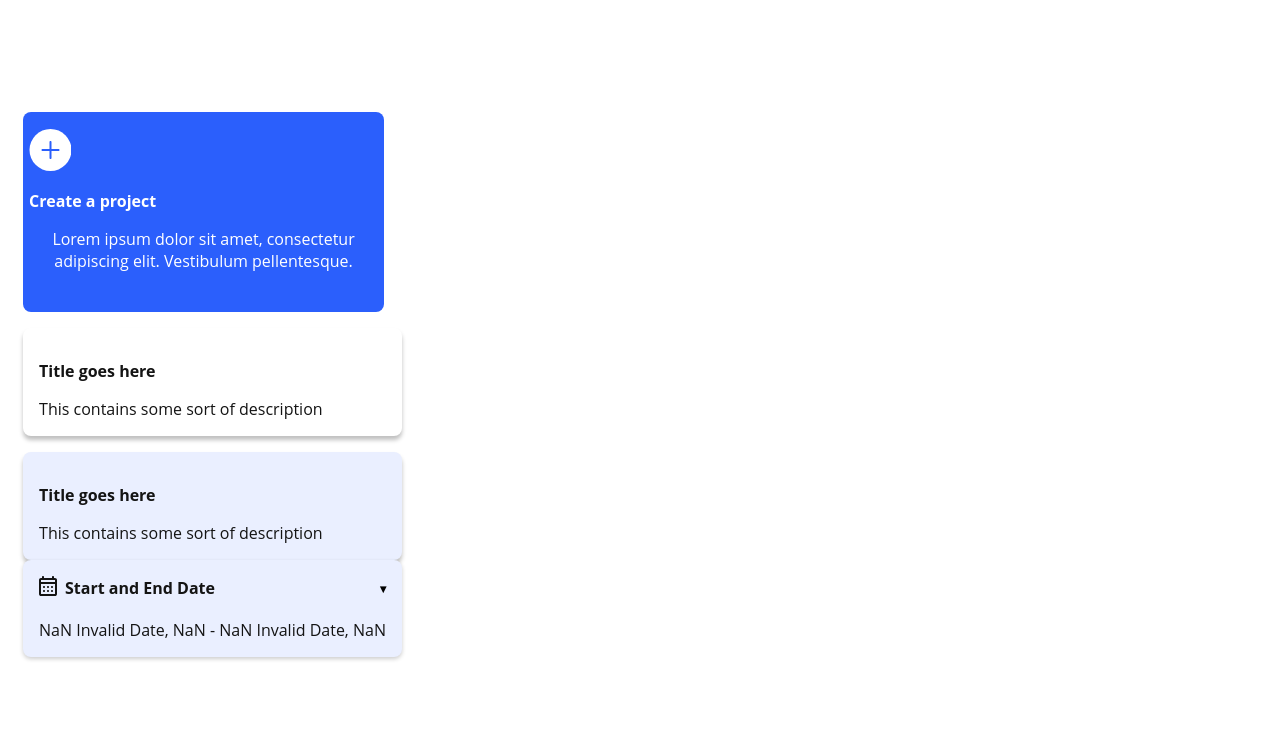
Repository: brunaguarizo/mosaic_app
Page: /
These files come from the project's save history. The page is drawn as it stood at one moment and after the next save; the edit follows.
The browser window is 1280 px wide. The pictures show the whole page.
The project was rebuilt for these pictures with package versions that can differ from the ones it lists, and the page was loaded fresh each time. The framework's server and built-in components were replaced by stand-ins that run in the browser. Also part of the build but not shown: next.config.mjs, app/_ui/navbar/navbar.js, app/_ui/Button/Button.js, app/_ui/Tag/Tag.js, app/_ui/Project_card/Project_card.js, app/_ui/Date_PopUp/Date_PopUp.module.css, app/_ui/Date_PopUp/Date_PopUp.js.

Above is the page before, as saved 2025-04-18 18:50:22.

### app/page.js
import Navbar from "@/app/_ui/navbar/navbar";
import ProjectCard from "./_ui/Project_card/Project_card";
import Button from "./_ui/Button/Button";
import DatePicker from "./_ui/Date_PopUp/Date_PopUp";
import DateCard from "./_ui/Date_Card/Date_Card";
import CreateProject from "./_ui/Create_Project_Button/Create_Project_Button";
import DescriptionBox from "./_ui/Description_Box/Description_Box";

export default function Home() {
    return (
        <div>
            <CreateProject />
            <DescriptionBox
                title='Title goes here'
                description='This contains some sort of description'
                useCase='primary'
            />
            <DescriptionBox
                title='Title goes here'
                description='This contains some sort of description'
                useCase='secondary'
            />
            <DateCard />
        </div>
    );
}

### app/globals.css
/* ------------------------------------------------------ GENERAL STYLES ------------------------------------------------------ */
*,
*::before,
*::after {
    box-sizing: inherit;
}

html,
body {
    padding: 0;
    margin: 0;
    font-family: var(--font-family);
    box-sizing: border-box;
}

html {
    display: flex;
    justify-content: center;
    align-items: center;
    width: 393px;
    height: 100%;
    margin: var(--space-regular);
}

.container {
}

.two-column {
    display: grid;
    grid-template-columns: 1fr 1fr;
    gap: var(--space-large);
}

/* ------------------------------------------------------ VARIABLES ------------------------------------------------------ */
:root {
    /* ----- COLORS ----- */
    --blue-primary: rgb(43, 95, 252);
    --blue-50: rgb(234, 239, 255);
    --blue-900: rgb(18, 40, 106);
    --white: #ffffff;
    --black: rgb(20, 20, 20);
    --grey-400: rgb(67, 67, 67);
    --yellow-secondary: rgb(255, 218, 1);
    --orange-secondary: rgb(255, 94, 9);
    --green-secondary: rgb(0, 193, 79);
    --purple-secondary: rgb(154, 65, 255);

    /* ----- TYPE ----- */
    --font-family: "Open Sans", sans-serif;

    --header-xxlarge-size: 88px;
    --title-section-font-size: 30px;
    --button-font-size: 24px;
    --body-text-font-size: 20px;
    --menu-font-size: 16px;
    --label-font-size: 12px;

    --font-style-normal: normal;
    --font-weight-bold: bold;

    --line-height-xxlarge: 100px;
    --line-height-large: 36px;
    --line-height-medium: 28px;
    --line-height-small: 20px;

    /* ----- SPACING ----- */
    --space-small: 8px;
    --space-regular: 16px;
    --space-medium: 32px;
    --space-large: 48px;
    --space-extra-large: 140px;
}

### app/_ui/Date_Card/Date_Card.js
"use client";

import { useState } from "react";
import styles from "./Date_Card.module.css";
import DatePicker from "../Date_PopUp/Date_PopUp";

export default function DateCard({ startDate, endDate }) {
    const [showPicker, setShowPicker] = useState(false);

    const formatDate = (date) => {
        const d = new Date(date);
        const day = d.getDate().toString().padStart(2, "0");
        const month = d.toLocaleString("en-US", { month: "short" });
        const year = d.getFullYear();
        return `${day} ${month}, ${year}`;
    };

    return (
        <>
            <div className={styles.card}>
                <div className={styles.header}>
                    <span className={styles.icon}>
                        <svg
                            width='18'
                            height='20'
                            viewBox='0 0 18 20'
                            fill='none'
                            xmlns='http://www.w3.org/2000/svg'>
                            <path
                                d='M2 20C1.45 20 0.979167 19.8042 0.5875 19.4125C0.195833 19.0208 0 18.55 0 18V4C0 3.45 0.195833 2.97917 0.5875 2.5875C0.979167 2.19583 1.45 2 2 2H3V1C3 0.716667 3.09583 0.479167 3.2875 0.2875C3.47917 0.0958333 3.71667 0 4 0C4.28333 0 4.52083 0.0958333 4.7125 0.2875C4.90417 0.479167 5 0.716667 5 1V2H13V1C13 0.716667 13.0958 0.479167 13.2875 0.2875C13.4792 0.0958333 13.7167 0 14 0C14.2833 0 14.5208 0.0958333 14.7125 0.2875C14.9042 0.479167 15 0.716667 15 1V2H16C16.55 2 17.0208 2.19583 17.4125 2.5875C17.8042 2.97917 18 3.45 18 4V18C18 18.55 17.8042 19.0208 17.4125 19.4125C17.0208 19.8042 16.55 20 16 20H2ZM2 18H16V8H2V18ZM2 6H16V4H2V6ZM9 12C8.71667 12 8.47917 11.9042 8.2875 11.7125C8.09583 11.5208 8 11.2833 8 11C8 10.7167 8.09583 10.4792 8.2875 10.2875C8.47917 10.0958 8.71667 10 9 10C9.28333 10 9.52083 10.0958 9.7125 10.2875C9.90417 10.4792 10 10.7167 10 11C10 11.2833 9.90417 11.5208 9.7125 11.7125C9.52083 11.9042 9.28333 12 9 12ZM5 12C4.71667 12 4.47917 11.9042 4.2875 11.7125C4.09583 11.5208 4 11.2833 4 11C4 10.7167 4.09583 10.4792 4.2875 10.2875C4.47917 10.0958 4.71667 10 5 10C5.28333 10 5.52083 10.0958 5.7125 10.2875C5.90417 10.4792 6 10.7167 6 11C6 11.2833 5.90417 11.5208 5.7125 11.7125C5.52083 11.9042 5.28333 12 5 12ZM13 12C12.7167 12 12.4792 11.9042 12.2875 11.7125C12.0958 11.5208 12 11.2833 12 11C12 10.7167 12.0958 10.4792 12.2875 10.2875C12.4792 10.0958 12.7167 10 13 10C13.2833 10 13.5208 10.0958 13.7125 10.2875C13.9042 10.4792 14 10.7167 14 11C14 11.2833 13.9042 11.5208 13.7125 11.7125C13.5208 11.9042 13.2833 12 13 12ZM9 16C8.71667 16 8.47917 15.9042 8.2875 15.7125C8.09583 15.5208 8 15.2833 8 15C8 14.7167 8.09583 14.4792 8.2875 14.2875C8.47917 14.0958 8.71667 14 9 14C9.28333 14 9.52083 14.0958 9.7125 14.2875C9.90417 14.4792 10 14.7167 10 15C10 15.2833 9.90417 15.5208 9.7125 15.7125C9.52083 15.9042 9.28333 16 9 16ZM5 16C4.71667 16 4.47917 15.9042 4.2875 15.7125C4.09583 15.5208 4 15.2833 4 15C4 14.7167 4.09583 14.4792 4.2875 14.2875C4.47917 14.0958 4.71667 14 5 14C5.28333 14 5.52083 14.0958 5.7125 14.2875C5.90417 14.4792 6 14.7167 6 15C6 15.2833 5.90417 15.5208 5.7125 15.7125C5.52083 15.9042 5.28333 16 5 16ZM13 16C12.7167 16 12.4792 15.9042 12.2875 15.7125C12.0958 15.5208 12 15.2833 12 15C12 14.7167 12.0958 14.4792 12.2875 14.2875C12.4792 14.0958 12.7167 14 13 14C13.2833 14 13.5208 14.0958 13.7125 14.2875C13.9042 14.4792 14 14.7167 14 15C14 15.2833 13.9042 15.5208 13.7125 15.7125C13.5208 15.9042 13.2833 16 13 16Z'
                                fill='#141414'
                            />
                        </svg>
                    </span>
                    <span className={styles.label}>Start and End Date</span>
                    <span
                        className={styles.arrow}
                        onClick={() => setShowPicker(true)}>
                        ▾
                    </span>
                </div>
                <div className={styles.dateRange}>
                    {formatDate(startDate)} - {formatDate(endDate)}
                </div>
            </div>

            {showPicker && <DatePicker />}
        </>
    );
}

### app/_ui/Create_Project_Button/Create_Project_Button.js
import styles from "./Create_Project_Button.module.css";

function CreateProject() {
    return (
        <button className={styles.button_background}>
            <div>
                <svg
                    className={styles.button_icon}
                    // width='42'
                    // height='42'
                    // viewBox='0 0 42 42'
                    fill='none'
                    xmlns='http://www.w3.org/2000/svg'>
                    <rect
                        x='0.5'
                        width='42'
                        height='42'
                        rx='21'
                        fill='white'
                    />
                    <path
                        d='M21.5 30C21.2167 30 20.9792 29.9042 20.7875 29.7125C20.5958 29.5208 20.5 29.2833 20.5 29V22H13.5C13.2167 22 12.9792 21.9042 12.7875 21.7125C12.5958 21.5208 12.5 21.2833 12.5 21C12.5 20.7167 12.5958 20.4792 12.7875 20.2875C12.9792 20.0958 13.2167 20 13.5 20H20.5V13C20.5 12.7167 20.5958 12.4792 20.7875 12.2875C20.9792 12.0958 21.2167 12 21.5 12C21.7833 12 22.0208 12.0958 22.2125 12.2875C22.4042 12.4792 22.5 12.7167 22.5 13V20H29.5C29.7833 20 30.0208 20.0958 30.2125 20.2875C30.4042 20.4792 30.5 20.7167 30.5 21C30.5 21.2833 30.4042 21.5208 30.2125 21.7125C30.0208 21.9042 29.7833 22 29.5 22H22.5V29C22.5 29.2833 22.4042 29.5208 22.2125 29.7125C22.0208 29.9042 21.7833 30 21.5 30Z'
                        fill='#2B5FFC'
                    />
                </svg>
            </div>

            <h2 className={styles.button_heading}>Create a project</h2>
            <p className={styles.button_description}>
                {" "}
                Lorem ipsum dolor sit amet, consectetur adipiscing elit.
                Vestibulum pellentesque.
            </p>
        </button>
    );
}

export default CreateProject;

### app/_ui/Description_Box/Description_Box.js
import classNames from "classnames";
import styles from "./Description_Box.module.css";

function DescriptionBox({ title, description, useCase }) {
    const DescriptionClasses = classNames(styles.project_primary, {
        [styles.conditions]: useCase === "conditions",
        [styles.project_secondary]: useCase === "secondary",
    });

    return (
        <div className={DescriptionClasses}>
            <h1 className={styles.description_heading}>{title}</h1>
            <p className={styles.description_body}>{description}</p>
        </div>
    );
}

export default DescriptionBox;

### app/_ui/navbar/navbar.module.css

.nav {
    width: 393px;
    height: 72px;
    justify-content: center;
    align-items: center;
    display: flex;
    flex-direction: row;
    padding: 0;
    margin: 0;
    gap: var(--space-large);
    border-top: 1px solid var(--grey-50);
}

.navbar__item {
    display: flex;
    flex-direction: column;
    justify-content: center;
    align-items: center;
    gap: 4px;
    text-decoration: none;
    width: 60px;
    height: 44px;
    padding-left: 32px;
    padding-right: 32px;
    margin: 0;
}

.navbar__icon {
    max-width: 16px;
    padding: 0;
    margin: 0;
    fill: var(--black);
}

.navbar__text {
    color: var(--black);
    font-size: var(--label-font-size);
    font-weight: var(--font-weight-400);
    line-height: var(--line-height-small);
    text-decoration: none;
    padding: 0;
    margin: 0;
}

.navbar__item:hover .navbar__text,
.navbar__item:hover .navbar__icon,
.navbar__item:active .navbar__text,
.navbar__item:active .navbar__icon {
  color: var(--blue-primary);
  fill: var(--blue-primary);
}

/* ------------------------------------------------------ VARIABLES ------------------------------------------------------ */
:root {
    /* ----- COLORS ----- */
    --blue-primary: rgb(43,95,252);
    --blue-50: rgb(234, 239, 255);
    --blue-900: rgb(18, 40, 106);
    --white: #FFFFFF;
    --grey-50: #E8E8E8;
    --black: rgb(20, 20, 20);
    --grey-400: rgb(67, 67, 67);
    --yellow-secondary: rgb(255, 218, 1);
    --orange-secondary: rgb(255, 94, 9);
    --green-secondary: rgb(0, 193, 79);
    --purple-secondary: rgb(154, 65, 255);

    /* ----- TYPE ----- */
    --font-family: "Open Sans", sans-serif;

    --header-xxlarge-size: 88px;
    --title-section-font-size: 30px;
    --button-font-size: 24px;
    --body-text-font-size: 20px;
    --menu-font-size: 16px;
    --label-font-size: 12px;

    --font-style-normal: normal;
    --font-weight-bold: bold;

    --line-height-xxlarge: 100px;
    --line-height-large: 36px;
    --line-height-medium: 28px;
    --line-height-small: 20px;

    /* ----- SPACING ----- */
    --space-small: 8px;
    --space-regular: 16px;
    --space-medium: 32px;
    --space-large: 48px;
    --space-extra-large: 88px;
  }

### app/_ui/Project_card/Project_card.module.css
.card__container {
    display: flex;
    flex-direction: column;
    justify-content: center;
    align-items: center;
    background-color: var(--blue-50);
    border-radius: var(--space-small);
    padding: var(--space-regular);
    gap: var(--space-regular);
}

.card__menu {
    width: 100%;
    display: flex;
    justify-content: flex-end;
    padding: 0;
    margin: 0;
}

.card__icon {
    fill: var(--blue-primary);
    padding: 0;
    margin: 0;

    &:hover {
        fill: var(--blue-900);
    }
}

.card__title {
    font-family: var(--font-family);
    font-size: var(--font-size-regular);
    font-weight: var(--font-weight-bold);
    color: var(--black);
    padding: 0;
    margin: 0;
}

.card__text {
    font-family: var(--font-family);
    font-size: var(--font-size-small);
    font-weight: var(--font-weight-regular);
    color: var(--black);
    text-align: center;
    padding: 0;
    margin: 0;
    max-width: 220px;
}

.date {
    display: flex;
    align-items: center;
    gap: var(--space-small);
    padding: 0;
    margin: 0;
}

.date__icon {
    fill: var(--black);
    padding: 0;
    margin: 0;
}

/* ------------------------------------------------------ VARIABLES ------------------------------------------------------ */
:root {
    /* ----- COLORS ----- */
    --blue-primary: rgb(43, 95, 252);
    --blue-50: rgb(234, 239, 255);
    --blue-100: #bdcdfe;
    --blue-900: rgb(18, 40, 106);
    --white: #ffffff;
    --black: rgb(20, 20, 20);
    --grey-400: rgb(67, 67, 67);
    --yellow-secondary: rgb(255, 218, 1);
    --orange-secondary: rgb(255, 94, 9);
    --green-secondary: rgb(0, 193, 79);
    --purple-secondary: rgb(154, 65, 255);

    /* ----- TYPE ----- */
    --font-family: "Open Sans", sans-serif;

    --font-size-extra-large: 30px;
    --font-size-large: 24px;
    --font-size-medium: 20px;
    --font-size-regular: 16px;
    --font-size-small: 12px;

    --font-style-normal: normal;
    --font-weight-bold: bold;

    --line-height-xxlarge: 100px;
    --line-height-large: 36px;
    --line-height-medium: 28px;
    --line-height-small: 20px;

    /* ----- SPACING ----- */
    --space-small: 8px;
    --space-regular: 16px;
    --space-medium: 32px;
    --space-large: 48px;
    --space-extra-large: 140px;
}

### app/_ui/Button/Button.module.css
.button {
    font-family: var(--font-family);
    font-size: var(--font-size-regular);
    font-weight: var(--font-weight-bold);
    width: 100%;
    padding-top: var(--space-small);
    padding-left: var(--space-regular);
    padding-right: var(--space-regular);
    padding-bottom: var(--space-small);
    border-radius: 100px;
    align-items: center;
    border: none;

    &:hover {
        background-color: var(--blue-900);
        color: var(--white);
    }
}

.primary {
    background: var(--blue-primary);
    color: var(--white);
}

.secondary {
    background-color: var(--white);
    border: 1px solid var(--blue-primary);
    color: var(--blue-primary);
}

.disabled {
    pointer-events: none;
    color: var(--white);
    background-color: var(--blue-100);
}

.small {
    font-size: var(--font-size-small);
    padding: var(--space-small);
    align-items: center;
}

.large {
    font-size: var(--font-size-large);
    padding: var(--space-regular);
}

.error {
    background-color: var(--orange-secondary);
}

/* ------------------------------------------------------ VARIABLES ------------------------------------------------------ */
:root {
    /* ----- COLORS ----- */
    --blue-primary: rgb(43, 95, 252);
    --blue-50: rgb(234, 239, 255);
    --blue-100: #bdcdfe;
    --blue-900: rgb(18, 40, 106);
    --white: #ffffff;
    --black: rgb(20, 20, 20);
    --grey-400: rgb(67, 67, 67);
    --yellow-secondary: rgb(255, 218, 1);
    --orange-secondary: rgb(255, 94, 9);
    --green-secondary: rgb(0, 193, 79);
    --purple-secondary: rgb(154, 65, 255);

    /* ----- TYPE ----- */
    --font-family: "Open Sans", sans-serif;

    --font-size-extra-large: 30px;
    --font-size-large: 24px;
    --font-size-medium: 20px;
    --font-size-regular: 16px;
    --font-size-small: 12px;

    --font-style-normal: normal;
    --font-weight-bold: bold;

    --line-height-xxlarge: 100px;
    --line-height-large: 36px;
    --line-height-medium: 28px;
    --line-height-small: 20px;

    /* ----- SPACING ----- */
    --space-small: 8px;
    --space-regular: 16px;
    --space-medium: 32px;
    --space-large: 48px;
    --space-extra-large: 140px;
}

### app/_ui/Date_Card/Date_Card.module.css
.card {
    background-color: var(--blue-50);
    border-radius: var(--space-small);
    padding: var(--space-regular);
    gap: var(--space-regular);
    box-shadow: 0 2px 4px rgba(0, 0, 0, 0.2);
    font-family: var(--font-family);
    cursor: pointer;
    display: flex;
    flex-direction: column;
    width: fit-content;
}

.header {
    display: flex;
    align-items: center;
    gap: var(--space-small);
    font-size: var(--font-size-regular);
    font-weight: var(--font-weight-bold);
    color: var(--black);
}

.label {
    flex-grow: 1;
}

.arrow {
    font-size: var(--font-size-small);
    color: black;
}

.arrow:hover {
    font-size: var(--font-size-small);
    color: var(--blue-primary);
}

.dateRange {
    margin-top: 2px;
    font-size: var(--font-size-regular);
    color: var(--black);
}

/* ------------------------------------------------------ VARIABLES ------------------------------------------------------ */
:root {
    /* ----- COLORS ----- */
    --blue-primary: rgb(43, 95, 252);
    --blue-50: rgb(234, 239, 255);
    --blue-100: #bdcdfe;
    --blue-900: rgb(18, 40, 106);
    --white: #ffffff;
    --black: rgb(20, 20, 20);
    --grey-400: rgb(67, 67, 67);
    --yellow-secondary: rgb(255, 218, 1);
    --orange-secondary: rgb(255, 94, 9);
    --green-secondary: rgb(0, 193, 79);
    --purple-secondary: rgb(154, 65, 255);

    /* ----- TYPE ----- */
    --font-family: "Open Sans", sans-serif;

    --font-size-extra-large: 30px;
    --font-size-large: 24px;
    --font-size-medium: 20px;
    --font-size-regular: 16px;
    --font-size-small: 12px;

    --font-style-normal: normal;
    --font-weight-bold: bold;

    --line-height-xxlarge: 100px;
    --line-height-large: 36px;
    --line-height-medium: 28px;
    --line-height-small: 20px;

    /* ----- SPACING ----- */
    --space-small: 8px;
    --space-regular: 16px;
    --space-medium: 32px;
    --space-large: 48px;
    --space-extra-large: 140px;
}

### app/_ui/Create_Project_Button/Create_Project_Button.module.css
.button_background {
    background-color: var(--blue-primary);
    border-radius: var(--space-small);
    border: none;
    width: 361px;
    height: 200px;
    display: flex;
    flex-direction: column;
    margin-top: var(--space-regular);
}

.button_icon {
    width: 42px;
    height: 42px;
    align-self: center;
    box-sizing: content-box;
    margin-top: var(--space-regular);
}

.button_heading {
    text-align: center;
    font-family: "Open Sans", sans-serif;
    font-size: var(--menu-font-size);
    font-weight: var(--font-weight-bold);
    color: white;
    padding: 0px;
    border: 0px;
    margin-top: var(--space-regular);
    margin-bottom: 0px;
}

.button_description {
    font-family: "Open Sans", sans-serif;
    font-size: var(--menu-font-size);
    font-style: var(--font-weight-normal);
    color: white;
    border: 0px;
    padding: 0px;
    margin-top: var(--space-regular);
    margin-bottom: 0px;
}
/* ------------------------------------------------------ VARIABLES ------------------------------------------------------ */
:root {
    /* ----- COLORS ----- */
    --blue-primary: rgb(43, 95, 252);
    --blue-50: rgb(234, 239, 255);
    --blue-900: rgb(18, 40, 106);
    --white: #ffffff;
    --grey-50: #e8e8e8;
    --black: rgb(20, 20, 20);
    --grey-400: rgb(67, 67, 67);
    --yellow-secondary: rgb(255, 218, 1);
    --orange-secondary: rgb(255, 94, 9);
    --green-secondary: rgb(0, 193, 79);
    --purple-secondary: rgb(154, 65, 255);

    /* ----- TYPE ----- */
    --font-family: "Open Sans", sans-serif;

    --header-xxlarge-size: 88px;
    --title-section-font-size: 30px;
    --button-font-size: 24px;
    --body-text-font-size: 20px;
    --menu-font-size: 16px;
    --label-font-size: 12px;

    --font-style-normal: normal;
    --font-weight-bold: bold;

    --line-height-xxlarge: 100px;
    --line-height-large: 36px;
    --line-height-medium: 28px;
    --line-height-small: 20px;

    /* ----- SPACING ----- */
    --space-small: 8px;
    --space-regular: 16px;
    --space-medium: 32px;
    --space-large: 48px;
    --space-extra-large: 140px;
}

### app/_ui/Description_Box/Description_Box.module.css
.project_primary {
    display: flex;
    flex-direction: column;
    border-radius: 8px;
    text-align: left;
    padding: 16px;
    text-align: left;
    margin-top: var(--space-regular);
    box-shadow: 0px 4px 4px rgba(0, 0, 0, 0.25);
}
.project_secondary {
    display: flex;
    flex-direction: column;
    border-radius: 8px;
    text-align: left;
    padding: 16px;
    text-align: left;
    margin-top: var(--space-regular);
    background-color: var(--blue-50);
    box-shadow: 0px 4px 4px rgba(0, 0, 0, 0.25);
}
.description_heading {
    text-align: left;
    font-family: "Open Sans", sans-serif;
    font-size: var(--menu-font-size);
    font-weight: var(--font-weight-bold);
    color: var(--black);
    padding: 0px;
    border: 0px;
    box-sizing: content-box;
    margin-top: var(--space-regular);
    margin-bottom: 0px;
}
.description_body {
    font-family: "Open Sans", sans-serif;
    font-size: var(--menu-font-size);
    font-style: var(--font-weight-normal);
    color: var(--black);
    margin-top: var(--space-regular);
    margin-bottom: 0px;
}

.conditions {
    display: flex;
    flex-direction: column;
    border-radius: 8px;
    align-items: center;
    padding: 16px;
    text-align: center;
    background-color: var(--blue-50);
    margin-top: var(--space-regular);
}

/* ------------------------------------------------------ VARIABLES ------------------------------------------------------ */
:root {
    /* ----- COLORS ----- */
    --blue-primary: rgb(43, 95, 252);
    --blue-50: rgb(234, 239, 255);
    --blue-900: rgb(18, 40, 106);
    --white: #ffffff;
    --grey-50: #e8e8e8;
    --black: rgb(20, 20, 20);
    --grey-400: rgb(67, 67, 67);
    --yellow-secondary: rgb(255, 218, 1);
    --orange-secondary: rgb(255, 94, 9);
    --green-secondary: rgb(0, 193, 79);
    --purple-secondary: rgb(154, 65, 255);

    /* ----- TYPE ----- */
    --font-family: "Open Sans", sans-serif;

    --header-xxlarge-size: 88px;
    --title-section-font-size: 30px;
    --button-font-size: 24px;
    --body-text-font-size: 20px;
    --menu-font-size: 16px;
    --label-font-size: 12px;

    --font-style-normal: normal;
    --font-weight-bold: bold;

    --line-height-xxlarge: 100px;
    --line-height-large: 36px;
    --line-height-medium: 28px;
    --line-height-small: 20px;

    /* ----- SPACING ----- */
    --space-small: 8px;
    --space-regular: 16px;
    --space-medium: 32px;
    --space-large: 48px;
    --space-extra-large: 140px;
}

### app/_ui/Tag/Tag.module.css
.tag {
    font-family: var(--font-family);
    font-size: var(--font-size-small);
    font-weight: var(--font-weight-regular);
    width: 80px;
    padding: var(--space-extra-small);
    border-radius: 100px;
    border: none;
    background-color: var(--orange-secondary);

    display: flex;
    justify-content: center;
    align-items: center;
    text-align: center;
}

/* ------------------------------------------------------ VARIABLES ------------------------------------------------------ */
:root {
    /* ----- COLORS ----- */
    --blue-primary: rgb(43, 95, 252);
    --blue-50: rgb(234, 239, 255);
    --blue-100: #bdcdfe;
    --blue-900: rgb(18, 40, 106);
    --white: #ffffff;
    --black: rgb(20, 20, 20);
    --grey-400: rgb(67, 67, 67);
    --yellow-secondary: rgb(255, 218, 1);
    --orange-secondary: rgb(255, 94, 9);
    --green-secondary: rgb(0, 193, 79);
    --purple-secondary: rgb(154, 65, 255);

    /* ----- TYPE ----- */
    --font-family: "Open Sans", sans-serif;

    --font-size-extra-large: 30px;
    --font-size-large: 24px;
    --font-size-medium: 20px;
    --font-size-regular: 16px;
    --font-size-small: 12px;

    --font-style-normal: normal;
    --font-weight-bold: bold;

    --line-height-xxlarge: 100px;
    --line-height-large: 36px;
    --line-height-medium: 28px;
    --line-height-small: 20px;

    /* ----- SPACING ----- */
    --space-extra-small: 4px;
    --space-small: 8px;
    --space-regular: 16px;
    --space-medium: 32px;
    --space-large: 48px;
    --space-extra-large: 140px;
}

Loaded but not shown: app/layout.js (common file)

After the next save:
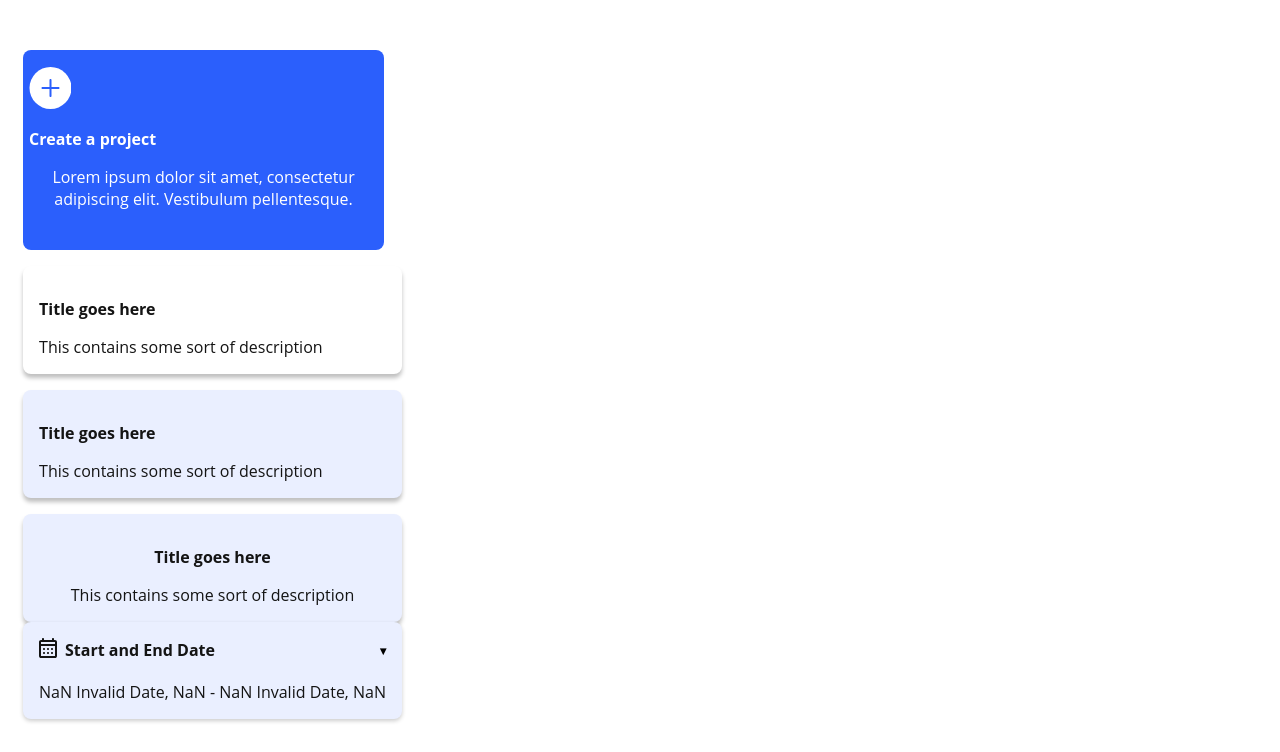
Saved 10 s later.
--- a/app/page.js
+++ b/app/page.js
@@ -20,6 +20,11 @@ export default function Home() {
                 description='This contains some sort of description'
                 useCase='secondary'
             />
+            <DescriptionBox
+                title='Title goes here'
+                description='This contains some sort of description'
+                useCase='conditions'
+            />
             <DateCard />
         </div>
     );
